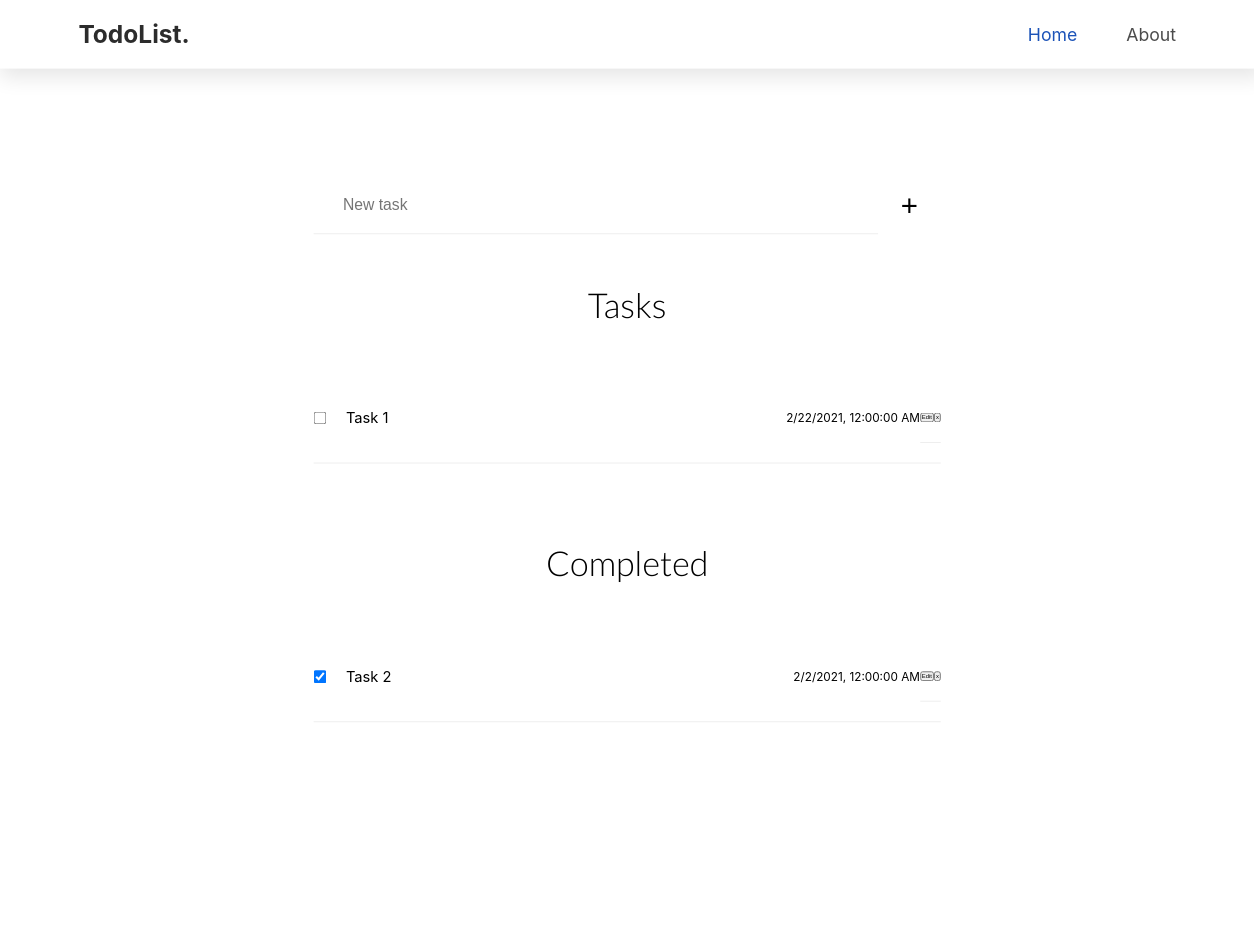
Repository: dqhuy153/react-todoList
Page: /
The author's editor kept a copy of each file at every save. The page is drawn from the files as they stood at one save, then again after the next save.
The browser window is 1280 px wide. The pictures show the whole page, at 98% of full size.
The project was rebuilt for these pictures with package versions that can differ from the ones it lists, and the page was loaded fresh each time. Also part of the build but not shown: src/components/UI/LoadingSpinner.module.scss.

Above is the page before, as saved 2021-09-16 22:17:09.

### src/App.js
import React, { Suspense } from 'react';
import { Switch, Route } from 'react-router-dom';

import './App.css';
import Layout from './components/layout/Layout';
import LoadingSpinner from './components/UI/LoadingSpinner';

const Home = React.lazy(() => import('./components/pages/Home'));
const About = React.lazy(() => import('./components/pages/About'));

function App() {
  return (
    <Layout>
      <Suspense
        fallback={
          <div className="centered">
            <LoadingSpinner />
          </div>
        }
      >
        <Switch>
          <Route path="/" exact>
            <Home />
          </Route>
          <Route path="/about">
            <About />
          </Route>
          {/* <Route path="/products" exact>
          <Products />
        </Route>
        <Route path="/products/:productId">
          <ProductDetail />
        </Route> */}
        </Switch>
      </Suspense>
    </Layout>
  );
}

export default App;

### src/App.css
@import url('https://fonts.googleapis.com/css2?family=Lato:ital,wght@0,100;0,300;0,400;0,700;0,900;1,100;1,300;1,400;1,700;1,900&display=swap');

* {
  box-sizing: border-box;
  font-size: 62.5%;
  padding: 0;
  margin: 0;
}

.centered {
  margin: 3rem auto;
  text-align: center;
  display: flex;
  justify-content: center;
  align-items: center;
}

### src/components/layout/Layout.js
import React, { Fragment } from 'react';
import AppNavigation from './AppNavigation';

import styles from './Layout.module.scss';

export default function Layout(props) {
  return (
    <Fragment>
      <AppNavigation logoTitle="TodoList." />
      <main className={styles.main}>{props.children}</main>
    </Fragment>
  );
}

### src/components/UI/LoadingSpinner.js
import styles from './LoadingSpinner.module.scss';

const LoadingSpinner = () => {
  return <div className={styles.spinner}></div>;
};

export default LoadingSpinner;

### src/components/pages/Home.js
import { useState } from 'react';
import TodoList from '../todos/TodoList';

import styles from './Home.module.scss';

const initTodoList = [
  {
    id: 1,
    title: 'Task 1',
    date: new Date('2/22/2021'),
    completed: false,
  },
  {
    id: 2,
    title: 'Task 2',
    date: new Date('2/2/2021'),
    completed: true,
  },
];

export default function Home(props) {
  const [todoList, setTodoList] = useState(initTodoList);
  const [newTask, setNewTask] = useState();

  const handleStatusChange = (id) => {
    let updatedTodoList = todoList.map((todo) => {
      if (todo.id === id) {
        todo.completed = !todo.completed;
      }
      return todo;
    });

    setTodoList(updatedTodoList);
  };

  const handleNewTaskChange = (e) => {
    setNewTask(e.target.value);
  };

  const handleAddNew = () => {
    setTodoList((prev) => [
      ...prev,
      {
        id: Math.random(),
        title: newTask,
        date: new Date(),
        completed: false,
      },
    ]);

    setNewTask('');
  };

  return (
    <div className={styles.container}>
      <div className={styles.add}>
        <input
          placeholder="New task"
          value={newTask}
          onChange={handleNewTaskChange}
        />
        <button onClick={handleAddNew}>+</button>
      </div>
      <h1>Tasks</h1>
      <TodoList
        items={todoList.filter((i) => i.completed === false)}
        onStatusChange={handleStatusChange}
      />
      <h1 className={styles['completed-title']}>Completed</h1>
      <TodoList
        items={todoList.filter((i) => i.completed === true)}
        onStatusChange={handleStatusChange}
      />
    </div>
  );
}

### src/components/layout/AppNavigation.js
import React from 'react';
import { NavLink } from 'react-router-dom';

import styles from './AppNavigation.module.scss';

export default function AppNavigation({ logoTitle = 'Demo.', ...props }) {
  return (
    <header className={styles.header}>
      <div className={styles.logo}>{logoTitle}</div>
      <nav>
        <ul>
          <li>
            <NavLink to="/" exact activeClassName={styles.active}>
              Home
            </NavLink>
          </li>
          <li>
            <NavLink to="/about" activeClassName={styles.active}>
              About
            </NavLink>
          </li>
        </ul>
      </nav>
    </header>
  );
}

### src/components/todos/TodoList.js
import React from 'react';
import TodoItem from './TodoItem';

import styles from './TodoList.module.scss';

export default function TodoList({ items, onStatusChange, ...props }) {
  return (
    <ul className={styles.container}>
      {items.map((item) => (
        <li key={item.id}>
          <TodoItem
            id={item.id}
            title={item.title}
            date={item.date}
            completed={item.completed}
            onStatusChange={onStatusChange}
          />
        </li>
      ))}
    </ul>
  );
}

### src/components/pages/Home.module.scss
.container {
  padding: 18rem 0;

  h1 {
    text-align: center;
    font-family: 'Lato', sans-serif;
    font-weight: 300;
    font-size: 3.5rem;
  }

  .completed-title {
    margin-top: 8rem;
  }

  .add {
    text-align: center;
    margin-bottom: 5rem;
    display: flex;
    align-items: center;
    justify-content: center;

    input {
      border: none;
      border-bottom: 1px solid #eee;
      font-size: 1.6rem;
      width: 45%;
      padding: 2rem 3rem;
      outline: none;
    }

    button {
      width: 5%;
      background: none;
      border: none;
      font-size: 3rem;
      font-weight: 100;
      cursor: pointer;
    }
  }
}

### src/components/layout/AppNavigation.module.scss
.header {
  width: 100%;
  height: 7rem;
  display: flex;
  align-items: center;
  justify-content: space-between;
  background-color: #ffffff;
  padding: 0 8rem;
  box-shadow: 5px 5px 20px 5px rgba(0, 0, 0, 0.1);
  position: fixed;
}

.logo {
  font-size: 2.5rem;
  color: rgb(44, 44, 44);
  font-weight: bold;
}

.header ul {
  list-style: none;
  margin: 0;
  padding: 0;
  display: flex;
  align-items: baseline;
}

.header li {
  margin-left: 5rem;
}

.header a {
  text-decoration: none;
  font-size: 1.8rem;
  color: #4b4b4b;
}

.header a:hover,
.header a:active,
.header a.active {
  color: rgb(28, 83, 184);
}

### src/components/todos/TodoItem.js
import styles from './TodoItem.module.scss';

export default function TodoItem({
  id,
  title,
  date,
  completed,
  onStatusChange,
  ...props
}) {
  return (
    <div className={`${styles.container} ${styles.flex}`}>
      <div className={`${styles.task} ${styles.flex}`}>
        <input
          type="checkbox"
          checked={completed}
          onChange={() => onStatusChange(id)}
        />
        <p>{title}</p>
      </div>
      <div className={`${styles.info} ${styles.flex}`}>
        <p className={styles.date}>{date.toLocaleString()}</p>
        <div className={`${styles.container} ${styles.flex}`}>
          <button>Edit</button>
          <button>x</button>
        </div>
      </div>
    </div>
  );
}

### src/components/todos/TodoList.module.scss
.container {
  text-align: center;
  width: 50%;
  margin: 5rem auto;
  list-style: none;
}

### src/components/todos/TodoItem.module.scss
.container {
  padding: 2rem 0;
  border-bottom: 1px solid #eee;
}

.task {
  p {
    padding-left: 2rem;
    font-size: 1.5rem;
  }
}

.date {
  font-size: 1.2rem;
}

.flex {
  display: flex;
  align-items: center;
  justify-content: space-between;
}

Loaded but not shown: public/index.html (common file); src/index.js (common file); src/index.css (common file); src/reportWebVitals.js (common file); src/components/layout/Layout.module.scss (no stored copy; drawn as an empty file)

After the next save:
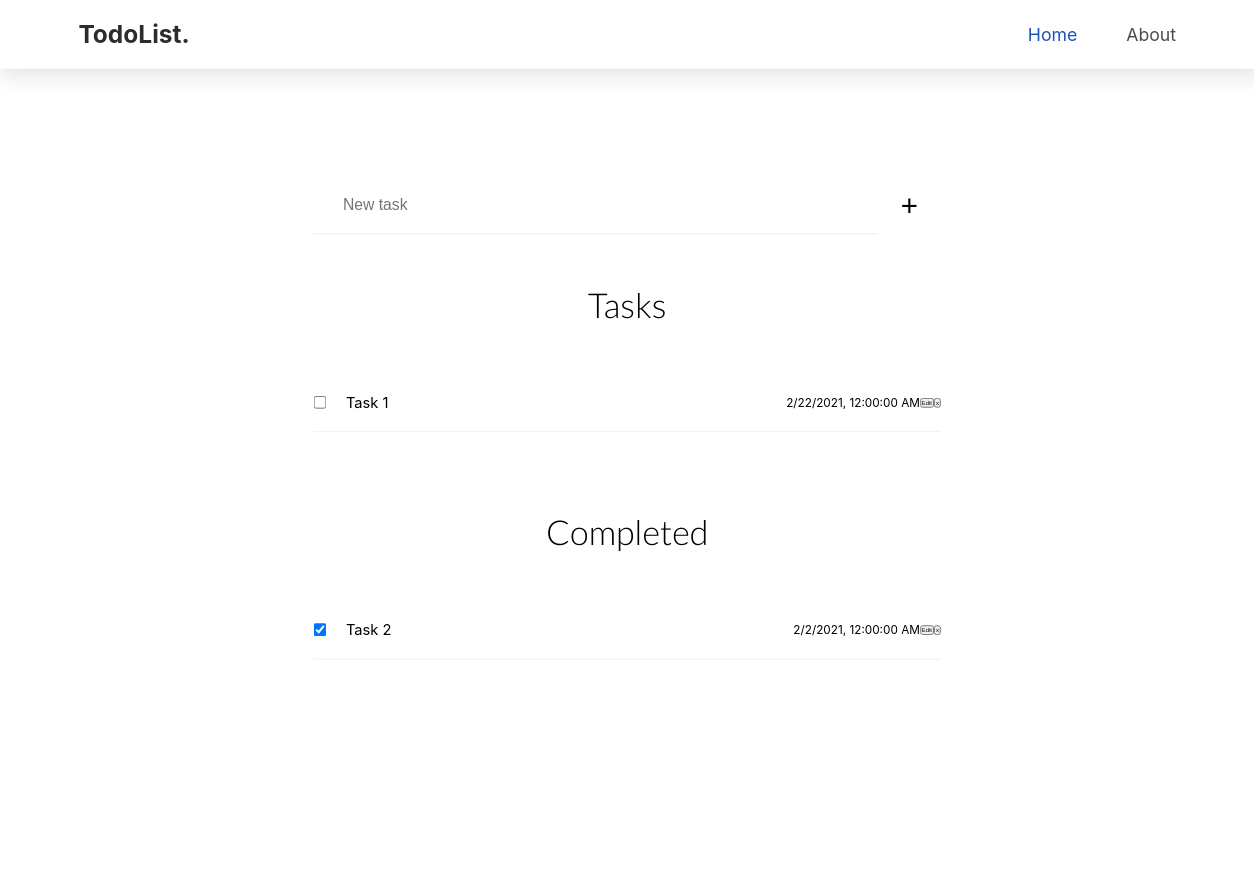
Saved 5 s later.
--- a/src/components/todos/TodoItem.js
+++ b/src/components/todos/TodoItem.js
@@ -20,7 +20,7 @@ export default function TodoItem({
       </div>
       <div className={`${styles.info} ${styles.flex}`}>
         <p className={styles.date}>{date.toLocaleString()}</p>
-        <div className={`${styles.container} ${styles.flex}`}>
+        <div className={`${styles.btns} ${styles.flex}`}>
           <button>Edit</button>
           <button>x</button>
         </div>
